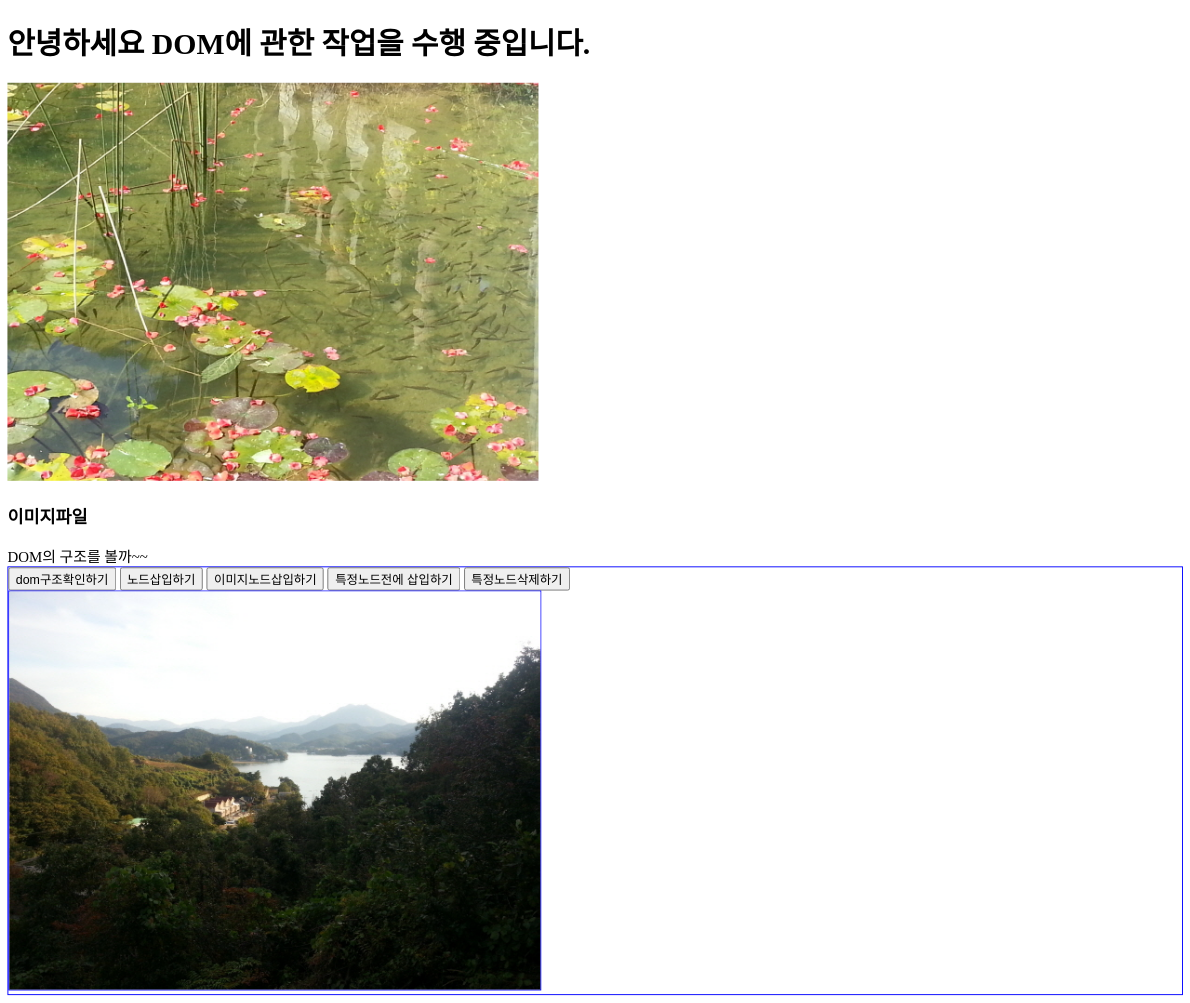
Repository: wishinghyun/multicampus
Page: webwork/clientweb/WebContent/js_dom/js_basic_dom_imageinsert.html
An editor plug-in stored every save of this project. The page is shown before and after the next save, followed by the edit.
The browser window is 1280 px wide. The pictures show the whole page, at 93% of full size.
After loading, the first visible `#imginsert` was clicked once.

Above is the page before, as saved 2020-01-10 02:21:52.

### webwork/clientweb/WebContent/js_dom/js_basic_dom_imageinsert.html
<!DOCTYPE html>
<html>
<head>
	<meta http-equiv="Content-Type" content="text/html; charset=EUC-KR" />
	<title>Insert title here</title>
	<script type="text/javascript">
		window.onload = function() {
			document.getElementById("imginsert").onclick = function() {
				//img노드를 작성 - 태그노드(createElement메소드를 이용)
				//1. 삽입될 노드 생성
				newNode = document.createElement("img")
				newNode.setAttribute("src","../images/m_garden02.jpg")
				newNode.setAttribute("style", "border:solid 1px blue")

				//2. targetNode 구하기
				target = document.getElementById("domtestbtn")

				//3. 추가하기
				target.appendChild(newNode)


			}
		}
	</script>
</head>
<body>
	<div id="main">
		<h1 id="myhead">안녕하세요 DOM에 관한 작업을 수행 중입니다.</h1>
		<div id="mycontent1"><img src="../images/m_garden07.jpg" name="myimg" id="myimagId"
				alt="이미지파일" /><h3>이미지파일</h3></div>
		<div id="mycontent2">DOM의 구조를 볼까~~</div>
		<div id="domtestbtn" style="border: solid 1px blue">
			<form id="myformId" name="myform">
				<input type="button" value="dom구조확인하기"
					 name="btn" id="btndomtest" />
				<input type="button" value="노드삽입하기"
					 name="btn" id="btninsert" />
				<input type="button" value="이미지노드삽입하기"
					 name="btn" id="imginsert" />
				<input type="button" value="특정노드전에 삽입하기"
					 name="btn" id="btninsertbefore" />
				<input type="button" value="특정노드삭제하기"
					 name="btn" id="btndelete" />
			</form>

		</div>
	</div>
</body>
</html>

After the next save:
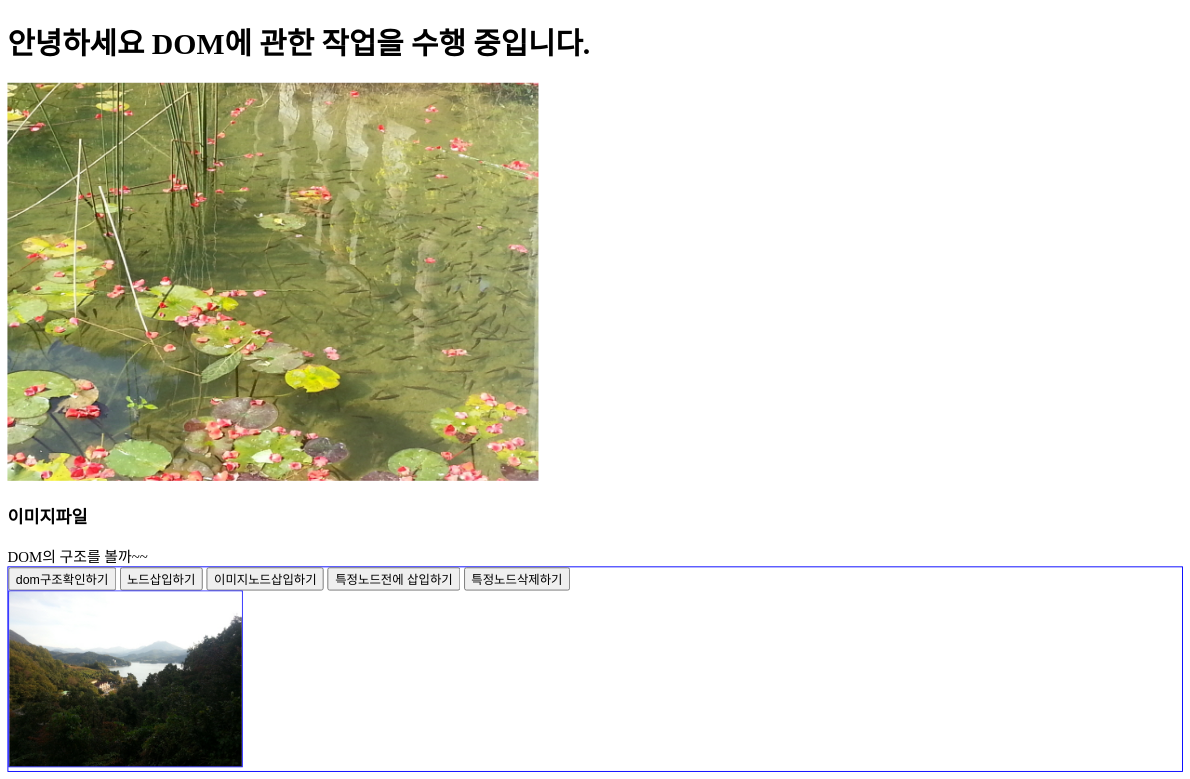
Saved 26 s later.
--- a/webwork/clientweb/WebContent/js_dom/js_basic_dom_imageinsert.html
+++ b/webwork/clientweb/WebContent/js_dom/js_basic_dom_imageinsert.html
@@ -10,7 +10,7 @@
 				//1. 삽입될 노드 생성
 				newNode = document.createElement("img")
 				newNode.setAttribute("src","../images/m_garden02.jpg")
-				newNode.setAttribute("style", "border:solid 1px blue")
+				newNode.setAttribute("style", "border:solid 1px blue; width:250px")
 
 				//2. targetNode 구하기
 				target = document.getElementById("domtestbtn")
